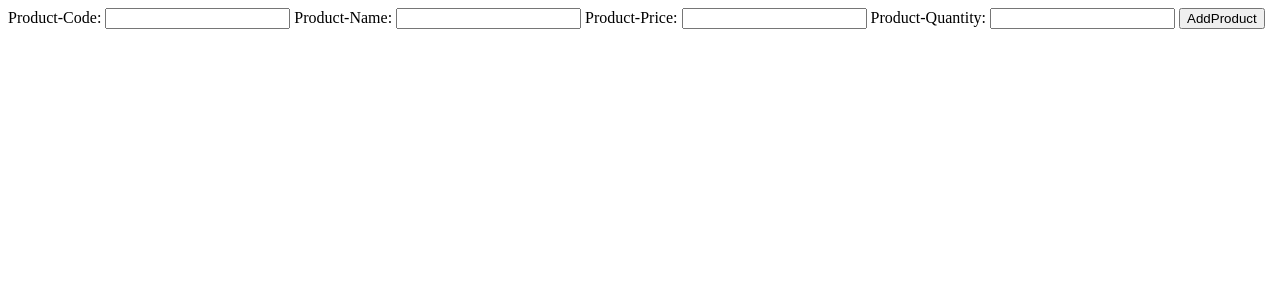
Repository: mdshoaib1366/Parking_Lot
Page: Sarvlet_Project/HTTP_SESSION/src/main/webapp/product.html
The author's editor kept a copy of each file at every save. The page is drawn from the files as they stood at one save, then again after the next save.
The browser window is 1280 px wide. The pictures show the whole page.

Above is the page before, as saved 2024-07-26 17:58:35.

### Sarvlet_Project/HTTP_SESSION/src/main/webapp/product.html
<!DOCTYPE html>
<html>
<head>
<meta charset="ISO-8859-1">
<title>Insert title here</title>
</head>
<body>
	<form action="add" method="post">
		Product-Code: <input type="text" name="code">
		Product-Name: <input type="text" name="name">
		Product-Price: <input type="text" name="price">
		Product-Quantity: <input type="text" name="qty">
		<input type="submit" value="AddProduct">
	</form>
</body>
</html>

After the next save:
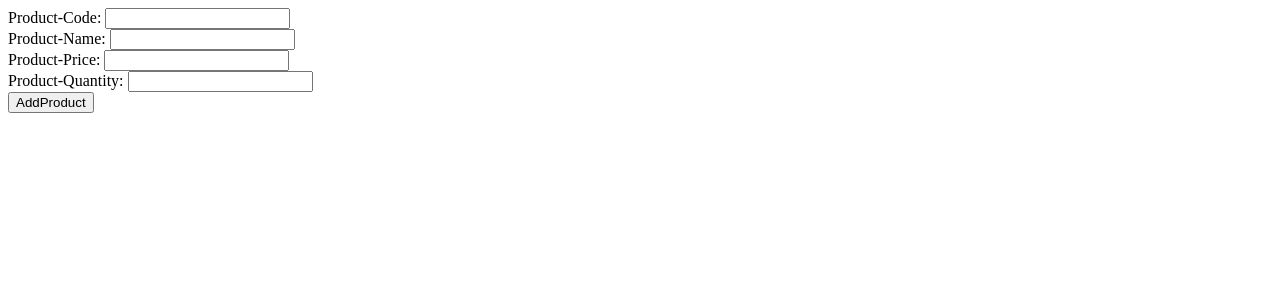
Saved 67 s later.
--- a/Sarvlet_Project/HTTP_SESSION/src/main/webapp/product.html
+++ b/Sarvlet_Project/HTTP_SESSION/src/main/webapp/product.html
@@ -6,10 +6,10 @@
 </head>
 <body>
 	<form action="add" method="post">
-		Product-Code: <input type="text" name="code">
-		Product-Name: <input type="text" name="name">
-		Product-Price: <input type="text" name="price">
-		Product-Quantity: <input type="text" name="qty">
+		Product-Code: <input type="text" name="code"><br>
+		Product-Name: <input type="text" name="name"><br>
+		Product-Price: <input type="text" name="price"><br>
+		Product-Quantity: <input type="text" name="qty"><br>
 		<input type="submit" value="AddProduct">
 	</form>
 </body>
